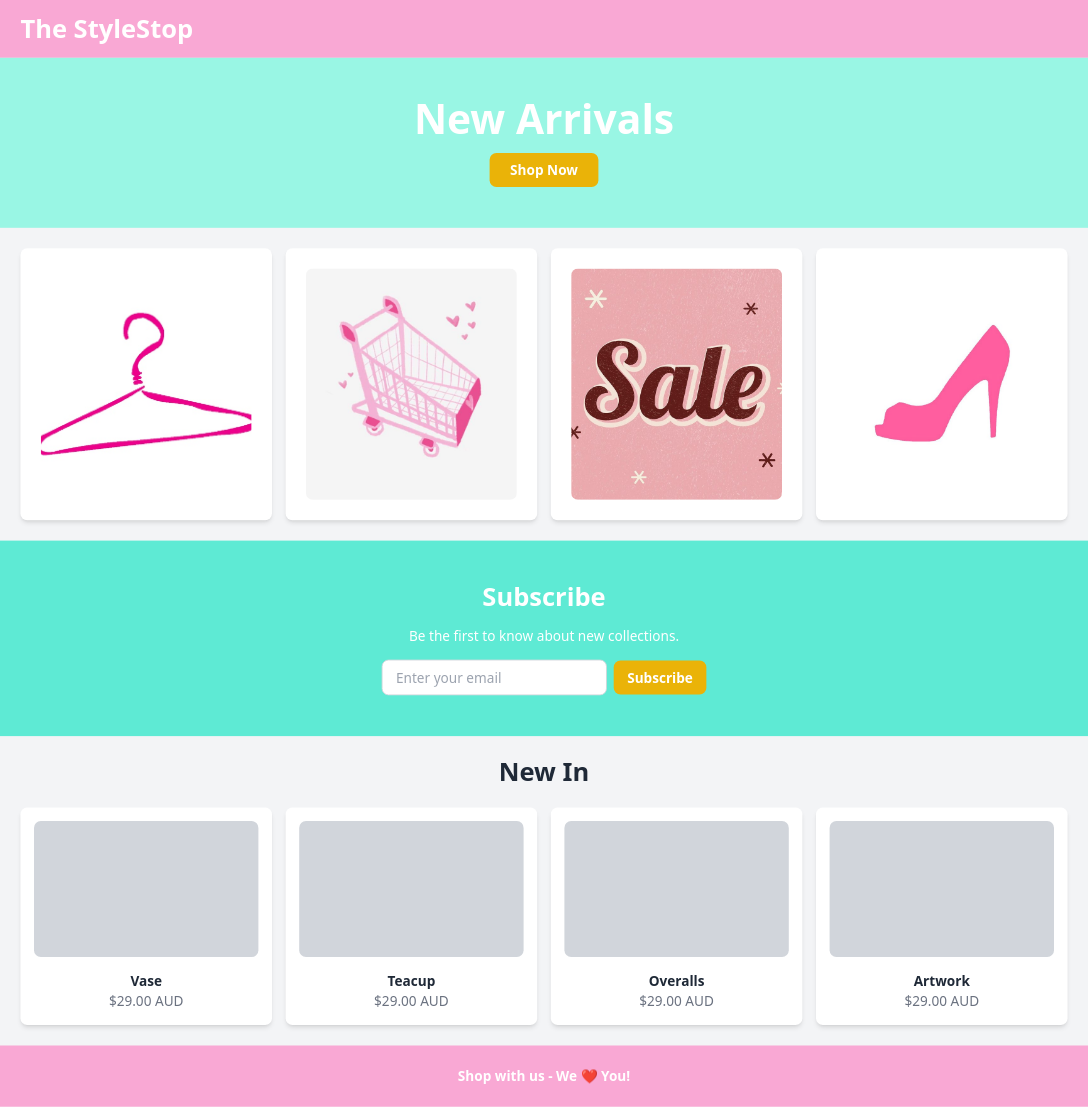
Repository: prathyushaa5/BuyYours
Page: / (app in Frontend/)
The author's editor kept a copy of each file at every save. The page is drawn from the files as they stood at one save, then again after the next save.
The browser window is 1280 px wide. The pictures show the whole page, at 85% of full size.
The project was rebuilt for these pictures with package versions that can differ from the ones it lists, and the page was loaded fresh each time. Also part of the build but not shown: Frontend/vite.config.js, Frontend/src/components/Login.jsx, Frontend/src/components/Signup.jsx, Frontend/src/components/Home.jsx.

Above is the page before, as saved 2025-02-13 17:40:28.

### Frontend/src/App.jsx
import { BrowserRouter as Router, Routes, Route } from "react-router-dom";
import { useState } from "react";
import Main from "./components/Main";
import Login from "./components/Login";
import Signup from "./components/Signup";
import Home from "./components/Home";

export default function App() {
  const [token, setToken] = useState(null);

  const handleLogin = (userToken) => {
    setToken(userToken);
  };

  return (
    <Router>
      <Routes>
        {/* Show Main page first */}
        <Route path="/" element={<Main />} />

        {/* Login Page */}
        <Route path="/login" element={<Login onLogin={handleLogin} />} />

        {/* Signup Page */}
        <Route path="/signup" element={<Signup />} />

        {/* Home Page (Protected) */}
        <Route path="/home" element={token ? <Home /> : <Login onLogin={handleLogin} />} />
      </Routes>
    </Router>
  );
}

### Frontend/src/components/Main.jsx
import image1 from "../assets/cards/hanger.jpeg";
import image2 from "../assets/cards/pink.jpeg";
import image3 from "../assets/cards/sale.jpeg";
import image4 from "../assets/cards/shoes.jpeg";
import { useNavigate } from "react-router-dom";
export default function MainPage() {
  const navigate = useNavigate();
  return (
    <div className="bg-gray-100 min-h-screen text-gray-800">
      {/* Navbar */}
      <nav className="bg-pink-300 py-4 px-6 flex justify-between items-center">
        <h1 className="text-3xl font-bold text-white">The StyleStop</h1>
      </nav>

      {/* Hero Section */}
      <section className="flex flex-col items-center text-center py-12 bg-teal-200">
        <h2 className="text-5xl font-extrabold text-white mb-4">New Arrivals</h2>
        <button className="bg-yellow-500 px-6 py-2 text-white font-bold rounded-lg hover:bg-yellow-600" onClick={()=>navigate("/login")}>Shop Now</button>
      </section>

      {/* Categories (Replaced with Images) */}
      <div className="grid grid-cols-2 md:grid-cols-4 gap-4 p-6">
        {[image1, image2, image3, image4].map((image, index) => (
          <div key={index} className="bg-white p-6 text-center rounded-lg shadow-md h-80">
            <img src={image} alt={`Category ${index + 1}`} className="w-full h-full object-cover rounded-lg" />
          </div>
        ))}
      </div>

      {/* Subscribe Section */}
      <section className="bg-teal-300 text-center py-12">
        <h3 className="text-3xl font-extrabold text-white mb-4">Subscribe</h3>
        <p className="text-white">Be the first to know about new collections.</p>
        <input type="email" placeholder="Enter your email" className="mt-4 px-4 py-2 rounded-lg border border-gray-300" />
        <button className="ml-2 bg-yellow-500 px-4 py-2 text-white font-bold rounded-lg hover:bg-yellow-600">Subscribe</button>
      </section>

      {/* Products */}
      <section className="p-6">
        <h3 className="text-3xl font-bold text-center mb-6">New In</h3>
        <div className="grid grid-cols-2 md:grid-cols-4 gap-4">
          {["Vase", "Teacup", "Overalls", "Artwork"].map((product, index) => (
            <div key={index} className="bg-white p-4 rounded-lg shadow-md text-center">
              <div className="bg-gray-300 h-40 rounded-lg mb-4"></div>
              <p className="font-bold">{product}</p>
              <p className="text-gray-500">$29.00 AUD</p>
            </div>
          ))}
        </div>
      </section>

      {/* Footer */}
      <footer className="bg-pink-300 text-center py-6 text-white font-bold">
        Shop with us - We ❤️ You!
      </footer>
    </div>
  );
}

Loaded but not shown: Frontend/index.html (common file); Frontend/src/main.jsx (common file); Frontend/src/index.css (common file); Frontend/tailwind.config.js (common file)

After the next save:
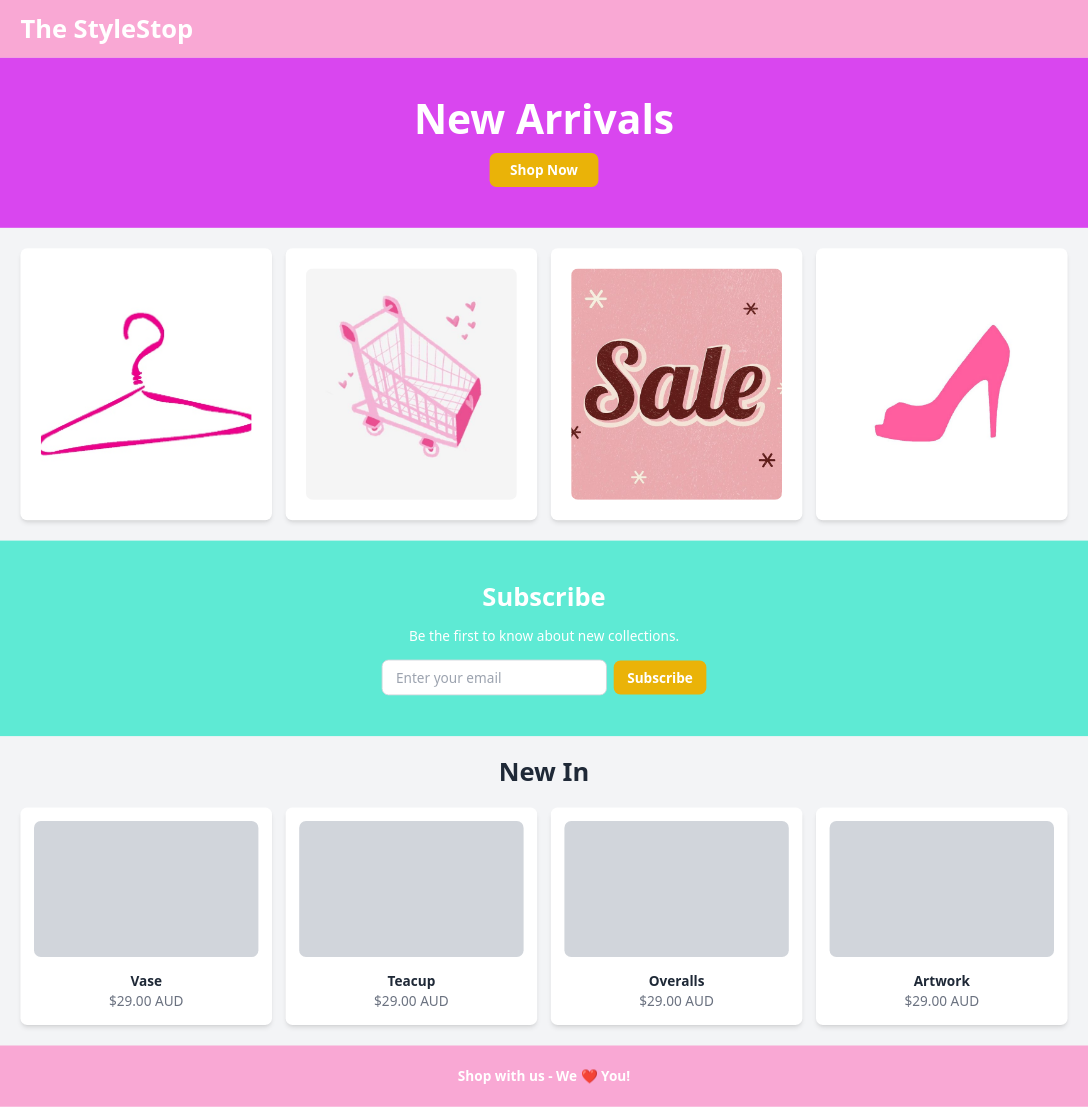
Saved 75 s later.
--- a/Frontend/src/components/Main.jsx
+++ b/Frontend/src/components/Main.jsx
@@ -13,7 +13,7 @@ export default function MainPage() {
       </nav>
 
       {/* Hero Section */}
-      <section className="flex flex-col items-center text-center py-12 bg-teal-200">
+      <section className="flex flex-col items-center text-center py-12 bg-fuchsia-500">
         <h2 className="text-5xl font-extrabold text-white mb-4">New Arrivals</h2>
         <button className="bg-yellow-500 px-6 py-2 text-white font-bold rounded-lg hover:bg-yellow-600" onClick={()=>navigate("/login")}>Shop Now</button>
       </section>
